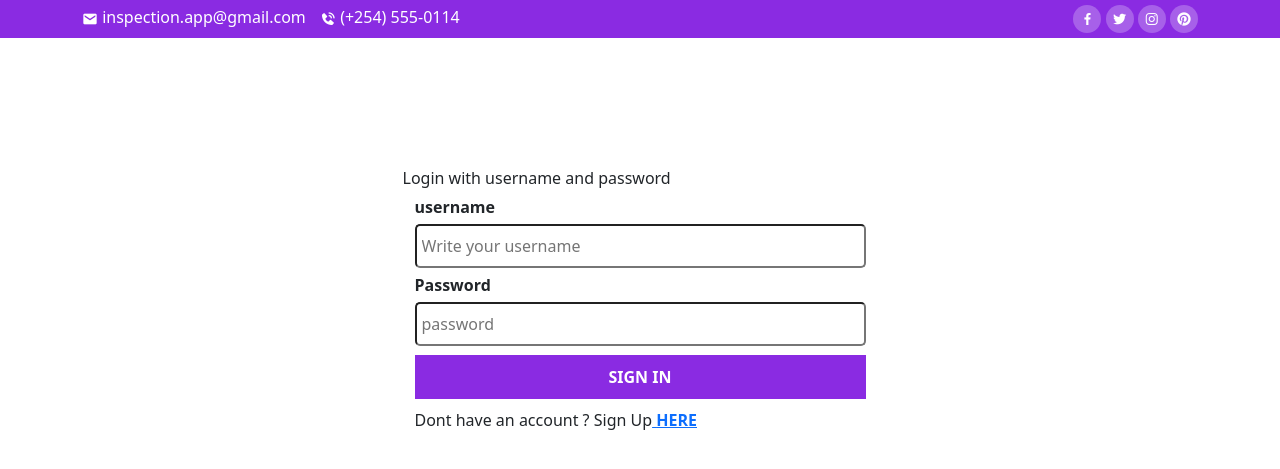
Repository: NDISHAW/Inspectionapp-rails
Page: public/signIn.html
An editor plug-in stored every save of this project. The page is shown before and after the next save, followed by the edit.
The browser window is 1280 px wide. The pictures show the whole page.

Above is the page before, as saved 2022-10-09 04:45:29.

### public/signIn.html
<!DOCTYPE html>
<html lang="en">
  <head>
    <meta charset="UTF-8" />
    <meta http-equiv="X-UA-Compatible" content="IE=edge" />
    <meta name="viewport" content="width=device-width, initial-scale=1.0" />
    <title>Sign In</title>
    <link rel="stylesheet" href="css/style.css">
    <link rel="stylesheet" href="css/bootstrap.min.css">
    <link rel="stylesheet" href="css/owl.carousel.min.css">
    <link rel="stylesheet" href="css/owl.theme.default.min.css">
    <link href='https://unpkg.com/boxicons@2.1.1/css/boxicons.min.css' rel='stylesheet'>

    <script src="/js/axios/dist/axios.min.js"></script>
  </head>
  <body data-bs-spy="scroll" data-bs-target=".top-nav" data-bs-offset="70">
    <!-- TOP NAV -->
    <div class="top-nav " id="home">
      <div class="container">
        <div class="row justify-content-between">
          <div class="col-auto">
            <p><i class="bx bxs-envelope"></i> inspection.app@gmail.com</p>
            <p><i class="bx bxs-phone-call"></i> (+254) 555-0114</p>
          </div>
          <div class="col-auto social-icons">
            <a href="#"><i class="bx bxl-facebook"></i></a>
            <a href="#"><i class="bx bxl-twitter"></i></a>
            <a href="#"><i class="bx bxl-instagram"></i></a>
            <a href="#"><i class="bx bxl-pinterest"></i></a>
          </div>
        </div>
      </div>
    </div>

    <section id="about">
      <div class="container">
        <div class="row justify-content-center">
          <div class="col-lg-5 py-5">
            <div class="row">
              Login with username and password
              <div class="col-12">
            <!-- Email  -->
            <div class="email">
              <label for="username">username</label>
              <input
                type="username"
                name="username"
                id="username"
                placeholder="Write your username"
              />
            </div>
            <!-- passWord -->
            <div class="pass">
              <label for="password">Password</label>
              <input
                type="password"
                name="password"
                id="password"
                placeholder="password"
              />
            </div>

            <!-- Sign Up button -->
            <button id="submit-btn" onclick="signIn();">Sign In</button>
            <!-- Sign In option -->
            <p>Dont have an account ?</p>
            <span
              >Sign Up<a href="signup.html">
                <u><b>HERE</b></u></a
              ></span
            >
          </div>
        </div>
      </div>
    </section>
    <script src="main.js"></script>
  </body>
</html>

### public/css/style.css
@import url('https://fonts.googleapis.com/css2?family=Barlow:wght@400;500;600;700&display=swap');

:root {
    --brand: blueviolet;
    --dark: #092032;
    --body: #516171;
    --border: rgba(0,0,0,0.08);
    --shadow: 0px 6px 30px rgba(0, 0, 0, 0.08);

}

body {
    font-family: "Barlow", sans-serif;
    color: var(--body);
    line-height: 1.7;
}

h1,h2,h3,h4,h5,h6,
.display-1,.display-2,.display-3,.display-4 {
    font-weight: 700;
    color: var(--dark);
}

.bg-cover {
    background-size: cover;
    background-position: center;
    background-repeat: no-repeat;
}

img {
    width: 100%;
}

a {
    color: var(--dark);
    transition: all 0.4s ease;
    font-weight: 500;
}

a:hover {
    color: var(--brand);
}

section {
    padding-top: 80px;
    padding-bottom: 80px;
}

.text-brand {
    color: var(--brand) !important;
}


.hero-slider .owl-prev,
.hero-slider .owl-next{
    background-color: rgba(255, 255, 255, 0.3) !important;
    width: 60px !important;
    height: 60px !important;
    display: block;
    display: grid;
    place-items: center;
    color: #fff !important;
    border-radius: 100px;
    line-height: 0;
    border-radius: 100px !important;
    position: absolute;
    top: 50%;
    font-weight: 600 !important;
    font-size: 12px !important;
    transition: all 0.4s ease;
    margin-top: -30px !important;
}

.owl-prev {
    left: 0;
}
.owl-next {
    right: 0;
}

.hero-slider .owl-prev:hover,
.hero-slider .owl-next:hover {
    background-color: var(--brand) !important;
}

.owl-dot.active span{
    background-color: var(--brand) !important;
}


 /* slide */
 .slide {
     min-height: 100vh;
     display: flex;
     align-items: center;
     justify-content: center;
     position: relative;
}

.slide1 {
    background: linear-gradient(rgba(0, 0, 0, 0.4), rgba(0, 0, 0, 0.4)), url(../img/mec2.jpg);
    background-size: cover;
    background-position: center;
    background-repeat: no-repeat;
}

.slide2 {
    background: linear-gradient(rgba(0, 0, 0, 0.4), rgba(0, 0, 0, 0.4)), url(../img/world3.jpg);
    background-size: cover;
    background-position: center;
    background-repeat: no-repeat;
}

.slide .display-3 {
    text-transform: uppercase;
    color: #fff;
}

/* navbar */
.top-nav {
    background-color: var(--brand);
    color: #fff;
    padding-top: 5px;
    padding-bottom: 5px;
}

.top-nav p {
    display: inline-block;
    margin-bottom: 0;
    margin-right: 10px;
}

.top-nav span,
.top-nav i {
    vertical-align: middle;
}

.navbar {
    box-shadow: var(--shadow);
}

.social-icons a {
    width: 28px;
    height: 28px;
    display: inline-flex;
    color: #fff;
    background-color: rgba(255, 255, 255, 0.25);
    text-decoration: none;
    align-items: center;
    justify-content: center;
    border-radius: 100px;
}

.social-icons a:hover {
    background-color: #fff;
    color: var(--brand);
}

.navbar .navbar-nav .nav-link {
    color: var(--dark);
}

.navbar .navbar-nav .nav-link:hover {
    color: var(--brand);
}

.navbar .navbar-nav .nav-link.active {
    color: var(--brand);
}

.navbar-brand {
    font-size: 28px;
    font-weight: 700;
}

.navbar-brand .dot {
    color: var(--brand);
}

.btn {
    padding: 8px 26px;
}

.btn-brand {
    border-color: var(--brand);
    background-color: var(--brand);
    color: #fff;
}

.btn-brand:hover {
    background-color: #d64022;
    border-color: #d64022;
    color: #fff;
}

.intro {margin-bottom: 36px;
text-align: center;}

.intro p {
    max-width: 500px;
}
.intro h6{
    color: var(--brand);
    font-weight: 400;
    text-transform: uppercase;
}

.intro h1 {
    margin-top: 15px;
    margin-bottom: 15px;
}

.info-box {
    align-items: center;
    display: flex;
}

.info-box img {
    width: 90px;
}


#milestone {
    background: linear-gradient(rgba(136, 42, 143, 0.85), rgba(48, 181, 123, 0.85)), url(../img/inspe.jpg);
    background-size: cover;
    background-position: center;
    background-repeat: no-repeat;
}

#milestone h1,
#milestone p {
    color: #fff;
}

.service {
    padding: 32px;
    background-color: #fff;
    box-shadow: var(--shadow);
}

.service h5 {
    margin-top: 24px;
    margin-bottom: 14px;
}

.service img {
    width: 90px;
}


.project {
    position: relative;
    overflow: hidden;
    z-index: 2;
}

.project h6 {
    font-weight: 400;
}

.project h6::before {
    content: "";
    height: 2px;
    width: 30px;
    display: inline-block;
    background: var(--brand);
    vertical-align: middle;
    margin-right: 10px;
}


.project .overlay {
    width: 100%;
    height: 220px;
    position: absolute;
    bottom: 0;
    left: 0;
    background: linear-gradient(180deg, rgba(255, 76, 41, 0) 0%, var(--dark) 100%);
}

.project .content {
    position: absolute;
    left: 10%;
    bottom: 10%
}

.project h2,
.project h6 {
    color: #fff;
}

.team-member {
    text-align: center;
}

.team-member .image{
    position: relative;
    z-index: 2;
    overflow: hidden;
}

.team-member .overlay {
    width: 100%;
    height: 100%;
    position: absolute;
    left: 0;
    top: -10%;
    background-color: rgba(255, 77, 41, 0.7);
    opacity: 0;
    transition: all 0.4s ease;
}

.team-member h5 {
    margin-top: 16px;
    margin-bottom: 4px;
}

.team-member .social-icons {
    position: absolute;
    top: 60%;
    left: 50%;
    transform: translate(-50%, -50%);
    z-index: 2;
    opacity: 0;
    transition: all 0.4s ease;
}

.team-member .social-icons a {
    width: 40px;
    height: 40px;
}

.team-member:hover .social-icons {
    top: 50%;
    opacity: 1;
}

.team-member:hover .overlay {
    top: 0%;
    opacity: 1;
}

#reviews {

    background: linear-gradient(-90deg, rgba(8, 32, 50, 0.8), rgba(8, 32, 50, 0.8)), url(../img/imago.jpg), #082032;;
    background-size: cover;
    background-position: center;
    background-repeat: no-repeat;
}

.review {
    text-align: center;
    z-index: 2;
    position: relative;
    margin: 15px;
    max-width: 768px;
    margin: auto;
}

.review .bxs-quote-alt-left {
    font-size: 120px;
    position: absolute;
    opacity: 0.1;
    left: 50%;
    top: 50%;
    transform: translate(-50%, -50%);
    color: #fff;
}

.review img {
    width: 80px !important;
    height: 80px;
    border-radius: 100px;
    margin: auto;
}

.review h5 {
    margin-top: 16px;
    margin-bottom: 4px;
    color: #fff;
}

.review h3 {
    margin-top: 26px;
    margin-bottom: 26px;
    font-size: 22px;
    color: #fff;
    font-weight: 400;
    line-height: 1.7;
}

.review small {
    color: var(--brand);
}

.review .stars {
    color: var(--brand);
}

.blog-post {
    position: relative;
    background-color: #fff;
    box-shadow: var(--shadow);
}

.blog-post .content {
    padding: 32px;
}

.blog-post a {
    position: absolute;
    top: 20px;
    left: 20px;
    background-color: var(--brand);
    padding: 2px 12px;
    border-radius: 100px;
    text-decoration: none;
    color: #fff;
}

.blog-post h5 {
    margin-top: 12px;
    margin-bottom: 12px;
}

.blog-post small {
    text-transform: uppercase;
    color: var(--brand);
    text-decoration: underline;
}

footer {
    background: linear-gradient(0deg, rgba(8, 32, 50, 0.9), rgba(8, 32, 50, 0.9)), url(../img/teammech.jpg), #082032;;
    background-size: cover;
    background-position: center;
    background-repeat: no-repeat;
}

footer .footer-top {
    padding-top: 80px;
    padding-bottom: 40px;
}

.footer-bottom {
    border-top: 1px solid rgba(255, 255, 255, 0.1);
    padding-bottom: 20px;
    padding-top: 20px;
}

footer .navbar-brand {
    color: #fff;
}

footer p {
    color: #ADB3B9;
}

footer .social-icons a {
    width: 50px;
    height: 50px;
    font-size: 20px;
    margin-left: 4px;
    margin-right: 4px;
}

.loader {
    min-height: 100vh;
    display: flex;
    align-items: center;
    justify-content: center;
    background-color: red;
    z-index: 99999;
    position: fixed;
    left: 0;
    right: 0;
}


input.form-control {
    border-color: transparent;
    height: 44px;
}

.form-control {
    background-color: rgba(0, 0, 0, 0.04);
    border-color: rgba(0, 0, 0, 0.04);;
}

.form-control:focus {
    box-shadow: none;
    border-color: var(--brand);
}
.form {
    width: 400px;
    border-radius: 5px;
    background-color: white;
    height:fit-content;
    padding: 5px 10px;
    background-color: #9633FF;
}
label {
    display: block;
    font-weight: bolder;
    margin: 5px 0px;
}

input {
    width: 100%;
    padding: 8px 5px;
    border-radius: 5px;
    margin-bottom: 10px;
}

#submit-btn {
    border: none;
    background-color: blueviolet;
    width: 100%;
    padding: 10px 8px;
    color: white;
    font-weight: bolder;
    text-transform: uppercase;
    cursor: pointer;
    margin: 9px 0px;
}

p {
    font-size: 16px;
    border-radius: 10px;
    cursor: pointer;
    display: inline-block;
}

a {
    text-decoration: none;
    font-weight: bolder;
}


/*@import url(https://fonts.googleapis.com/css?family=Roboto:400,300,500);*/
*:focus {
    outline: none;

}

### public/main.js
// // setting up firebase with our website
// const firebaseApp = firebase.initializeApp({
//         apiKey: "AIzaSyDF9DKF44fhzBzk5fZB5Mk4_21q4Ey2kxQ",
//         authDomain: "inspection-e4bf7.firebaseapp.com",
//         projectId: "inspection-e4bf7",
//         storageBucket: "inspection-e4bf7.appspot.com",
//         messagingSenderId: "94545597565",
//         appId: "1:94545597565:web:9e1d12415061541a4ecd14",
//         measurementId: "G-P207FELWW2"
//       });
// const db = firebaseApp.firestore();
// const auth = firebaseApp.auth();

// Sign up function
// function signUp(){
//     //DOM manupilation
//     const email = document.getElementById("email").value;
//     const password = document.getElementById("password").value;
//     const phone = document.getElementById("phone").value;
//     const licence_no = document.getElementById("licence_no").value;
//     const address = document.getElementById("address").value;
//     console.log(email, password)
//     // firebase code
//     firebase.auth().createUserWithEmailAndPassword(email, password)
//         .then((result) => {
//             // Signed in
//             document.write("You are Signed Up")
//             window.location = "dashboard.html";
//             console.log(result)
//             // ...
//         })
//         .catch((error) => {
//             console.log(error.code);
//             console.log(error.message)
//             // ..
//         });
// }




// Sign In function
// const username = document.getElementById("username").value;
// const password = document.getElementById("password").value;

function signIn() {
    const username = document.getElementById("username").value;
    const password = document.getElementById("password").value;
    // firebase code
    // firebase.auth().signInWithEmailAndPassword(email, password)
    axios
        .post("http://localhost:3000/api/login", {
            password: password,
            username: username,
            // phone: phone,
            // licence_no: licence_no,
            // address: address,
        })
        .then((result) => {
            // Signed in
            document.write("You are Signed In");
            // window.location = "form.html";
            window.location = "dashboard.html";

            console.log(result);
        })
        .catch((error) => {
            console.log(error.code);
            console.log(error.message);
        });
}

function signUp() {
  const username = document.getElementById("username").value;
  const email = document.getElementById("email").value;
  const password = document.getElementById("password").value;const phone = document.getElementById("phone").value;const licence_no = document.getElementById("licence_no").value;const address = document.getElementById("address").value;
  // firebase code
  // firebase.auth().signInWithEmailAndPassword(email, password)
  axios
    .post("http://localhost:3000/api/signup", {
      username: username,
      password: password,
      phone: phone,
      licence_no: licence_no,
      address: address,
      email: email,
    })
    .then((result) => {
      // Signed in
      document.write("You are Signed Up");
      // window.location = "form.html";
      window.location = "dashboard.html";

      console.log(result);
    })
    .catch((error) => {
      console.log(error.code);
      console.log(error.message);
    });
}

Loaded but not shown: public/css/bootstrap.min.css (library); public/css/owl.carousel.min.css (library); public/css/owl.theme.default.min.css (common file); public/js/axios/dist/axios.min.js (library)

After the next save:
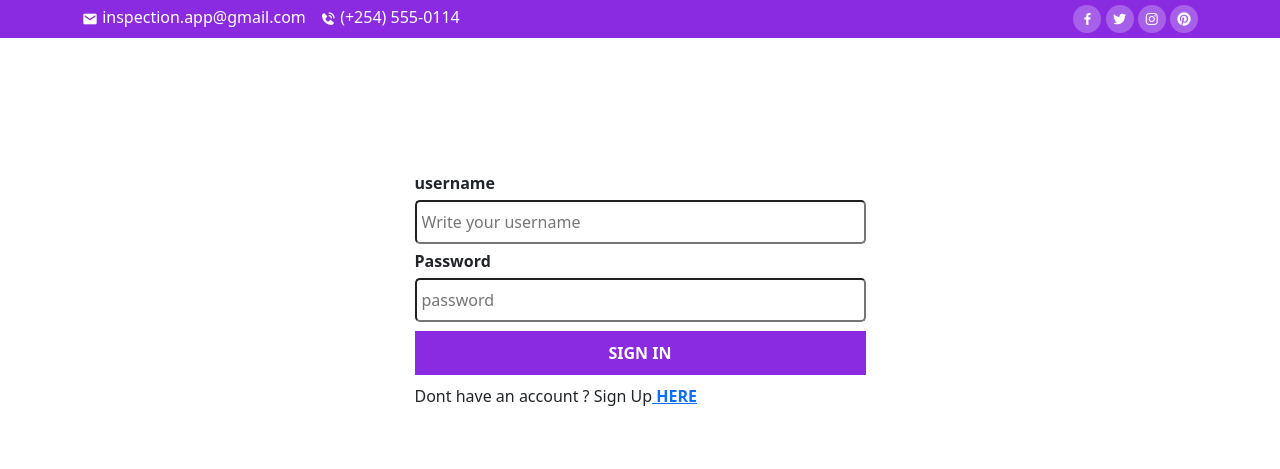
Saved 12 s later.
--- a/public/signIn.html
+++ b/public/signIn.html
@@ -37,7 +37,7 @@
         <div class="row justify-content-center">
           <div class="col-lg-5 py-5">
             <div class="row">
-              Login with username and password
+
               <div class="col-12">
             <!-- Email  -->
             <div class="email">
